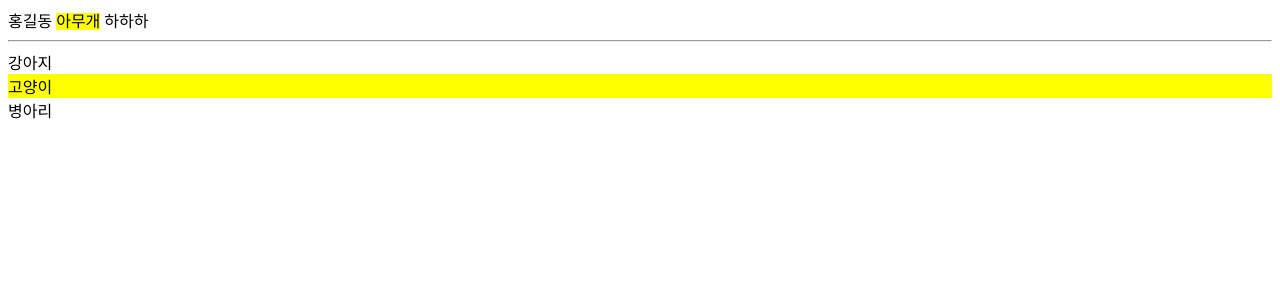
Repository: kmd192kmd/Web
Page: html/HtmlTest/src/main/webapp/ex11_tag.html
These files come from the project's save history. The page is drawn as it stood at one moment and after the next save; the edit follows.
The browser window is 1280 px wide. The pictures show the whole page.

Above is the page before, as saved 2026-02-13 02:44:03.

After the next save:
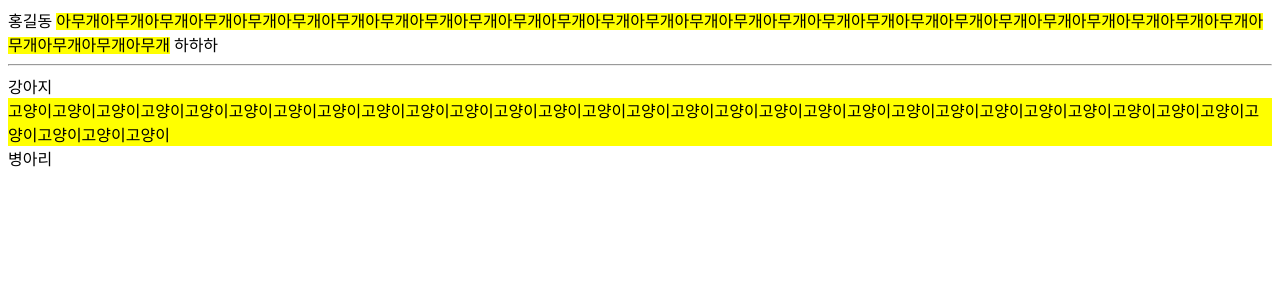
Saved 39 s later.
--- a/html/HtmlTest/src/main/webapp/ex11_tag.html
+++ b/html/HtmlTest/src/main/webapp/ex11_tag.html
@@ -45,13 +45,13 @@
 	 -->
 
 	<font>홍길동</font>
-	<font id="f2">아무개</font>
+	<font id="f2">아무개아무개아무개아무개아무개아무개아무개아무개아무개아무개아무개아무개아무개아무개아무개아무개아무개아무개아무개아무개아무개아무개아무개아무개아무개아무개아무개아무개아무개아무개아무개</font>
 	<font>하하하</font>
 
 	<hr>
 
 	<div>강아지</div>
-	<div id="d2">고양이</div>
+	<div id="d2">고양이고양이고양이고양이고양이고양이고양이고양이고양이고양이고양이고양이고양이고양이고양이고양이고양이고양이고양이고양이고양이고양이고양이고양이고양이고양이고양이고양이고양이고양이고양이고양이</div>
 	<div>병아리</div>
 
 </body>

After the save that followed:
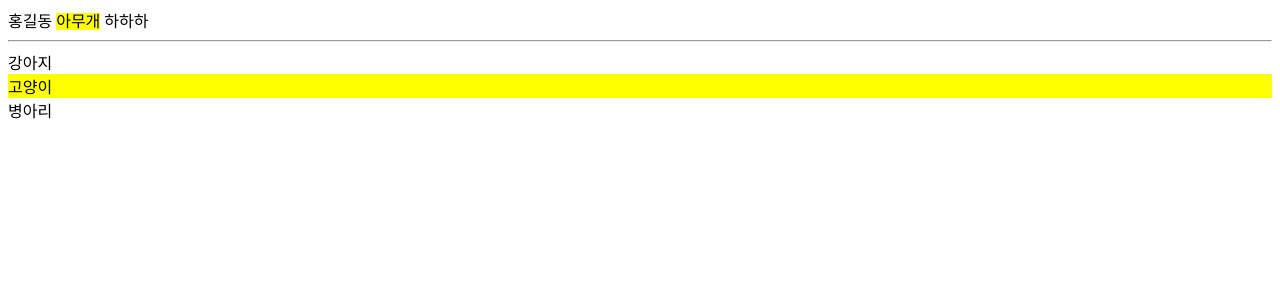
Saved 70 s later.
--- a/html/HtmlTest/src/main/webapp/ex11_tag.html
+++ b/html/HtmlTest/src/main/webapp/ex11_tag.html
@@ -45,13 +45,13 @@
 	 -->
 
 	<font>홍길동</font>
-	<font id="f2">아무개아무개아무개아무개아무개아무개아무개아무개아무개아무개아무개아무개아무개아무개아무개아무개아무개아무개아무개아무개아무개아무개아무개아무개아무개아무개아무개아무개아무개아무개아무개</font>
+	<font id="f2">아무개</font>
 	<font>하하하</font>
 
 	<hr>
 
 	<div>강아지</div>
-	<div id="d2">고양이고양이고양이고양이고양이고양이고양이고양이고양이고양이고양이고양이고양이고양이고양이고양이고양이고양이고양이고양이고양이고양이고양이고양이고양이고양이고양이고양이고양이고양이고양이고양이</div>
+	<div id="d2">고양이</div>
 	<div>병아리</div>
 
 </body>
